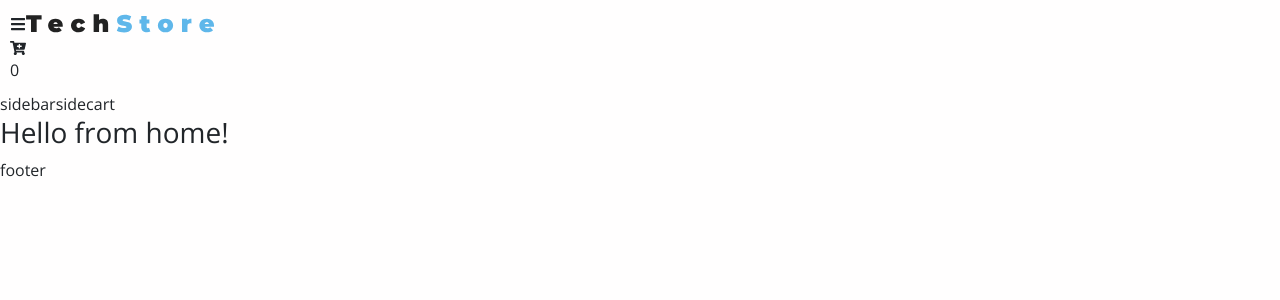
Repository: CaptainStorm21/react16-techstore
Page: /
The author's editor kept a copy of each file at every save. The page is drawn from the files as they stood at one save, then again after a run of saves.
The browser window is 1280 px wide. The pictures show the whole page.
Some web fonts or font styles are not loaded; a fallback is used. The project was rebuilt for these pictures with package versions that can differ from the ones it lists, and the page was loaded fresh each time. Also part of the build but not shown: src/pages/ContactPage.js, src/pages/ProductsPage.js, src/pages/AboutPage.js, src/pages/SingleProductPage.js, src/pages/DefaultPage.js, src/pages/CartPage.js.

Above is the page before, as saved 2020-05-08 15:35:43.

### public/index.html
<!DOCTYPE html>
<html lang="en">
  <head>
    <meta charset="utf-8" />
    <link rel="icon" href="%PUBLIC_URL%/favicon.ico" />
    <meta name="viewport" content="width=device-width, initial-scale=1" />
    <meta name="theme-color" content="#000000" />
    <meta
      name="description"
      content="Web site created using create-react-app"
    />
    <link rel="apple-touch-icon" href="%PUBLIC_URL%/logo192.png" />
    <!--
      manifest.json provides metadata used when your web app is installed on a
      user's mobile device or desktop. See https://developers.google.com/web/fundamentals/web-app-manifest/
    -->
    <link rel="manifest" href="%PUBLIC_URL%/manifest.json" />
    <!--
      Notice the use of %PUBLIC_URL% in the tags above.
      It will be replaced with the URL of the `public` folder during the build.
      Only files inside the `public` folder can be referenced from the HTML.

      Unlike "/favicon.ico" or "favicon.ico", "%PUBLIC_URL%/favicon.ico" will
      work correctly both with client-side routing and a non-root public URL.
      Learn how to configure a non-root public URL by running `npm run build`.
    -->
    <title>Tech Store</title>
  </head>
  <body>
    <noscript>You need to enable JavaScript to run this app.</noscript>
    <div id="root"></div>
    <!--
      This HTML file is a template.
      If you open it directly in the browser, you will see an empty page.

      You can add webfonts, meta tags, or analytics to this file.
      The build step will place the bundled scripts into the <body> tag.

      To begin the development, run `npm start` or `yarn start`.
      To create a production bundle, use `npm run build` or `yarn build`.
    -->
  </body>
</html>

### src/index.js
import React from "react";
import ReactDOM from "react-dom";
import "./index.css";
import App from "./App";
import * as serviceWorker from "./serviceWorker";

//Router setup
import { BrowserRouter as Router } from "react-router-dom";

//Import context
import { ProductProvider} from './context';

ReactDOM.render(
  <ProductProvider>
        <Router>
      <App />
    </Router>
  </ProductProvider>, document.getElementById("root")
);

// If you want your app to work offline and load faster, you can change
// unregister() to register() below. Note this comes with some pitfalls.
// Learn more about service workers: https://bit.ly/CRA-PWA
serviceWorker.unregister();

### src/App.js
import React from 'react';
import './App.css';
import  'bootstrap/dist/css/bootstrap.min.css';
// import styled from 'styled-components';

// //react icon
// import {FaHome} from 'react-icons/fa';

//import pages
import HomePage from './pages/HomePage';
import ContactPage from './pages/ContactPage';
import ProductsPage from './pages/ProductsPage';
import AboutPage from './pages/AboutPage';
import SingleProductPage from './pages/SingleProductPage';
import DefaultPage from './pages/DefaultPage';
import CartPage from './pages/CartPage';

//import routes
import { Route, Switch } from 'react-router-dom';

//import skeleton component
import Navbar from './components/Navbar';
import Footer from './components/Footer';
import Sidebar from './components/Sidebar';
import Sidecart from './components/Sidecart';

function App() {
  return (
    <>
      <Navbar />
      <Sidebar />
      <Sidecart />

      {/* navbar, sidebar, cart, footer */}
      <Switch>
        <Route path="/" exact component={HomePage} />
        <Route path="/about" component={AboutPage} />
        <Route path="/contact" component={ContactPage} />
        <Route path="/products" exact component={ProductsPage} />
        <Route path="/products/:id" component={SingleProductPage} />
        <Route path="/cart" component={CartPage} />
        <Route component={DefaultPage} />
      </Switch>
      <Footer />
    </>
  );
}


export default App;

### src/context/context.js
import React, { Component } from "react";
const ProductContext = React.createContext();

// Provider
// Consumer

class ProductProvider extends Component {
  state = {
    sidebarOpen: false,
    cartOpen: false,
    cartItems: 0
  };
  //handle sidebar
  handleSidebar = () => {
    this.setState({ sidebarOpen: !this.state.sidebarOpen });
  };
  //handle sidecart
  handleCart = () => {
    this.setState({ cartOpen: !this.state.cartOpen });
  };

  //close cart
  closeCart = () => {
    this.setState({ cartOpen: false });
  };

  //open cart
  openCart = () => {
    this.setState({ cartOpen: true });
  };

  render() {
    return (
      <ProductContext.Provider
        value={{
          // sidebarOpen: this.state.sidebarOpen,
          ...this.state,
          handleSidebar: this.handleSidebar,
          handleCart: this.handleCart,
          closeCart: this.closeCart,
          openCart: this.openCart,
        }}
      >
        {this.props.children}
      </ProductContext.Provider>
    );
  }
}

const ProductConsumer = ProductContext.Consumer;
export { ProductProvider, ProductConsumer };

### src/App.css
@import url("https://fonts.googleapis.com/css?family=Monda:400,700|Open+Sans:400,700|Raleway:400,700&display=swap");

/* font-family: 'Raleway', sans-serif;
font-family: 'Open Sans', sans-serif;
font-family: 'Monda', sans-serif;
*/

/* sass */
:root {
  --primaryColor: #0a74bb;
  --primaryRGBA: rgba(0, 0, 0, 0.3);
  --mainGrey: #fffefede !important;
  --darkGrey: #1a1110;
  --mainWhite: #fff;
  --mainBlack: #222;
  --mainTransition: all 0.3s ease-in-out;
  --mainSpacing: 0.3rem;
}

.text-title {
  font-family: "Monda", sans-serif;
  font-weight: bold;
  letter-spacing: var(--mainSpacing);
  text-transform: capitalize;
}

.text-main {
  color: var(--primaryColor);
}

body {
  font-family: "Open Sans", sans-serif !important;
  background-color: var(--mainGrey) !important;
  color: var(--mainBlack);
}

### src/pages/HomePage.js
import React from 'react'
import {ProductConsumer} from '../context';

export default function HomePage() {
    return (
      <>
        <ProductConsumer>
                {value => {
                    // console.log(value);
                    return <h3>Hello from home!</h3>
                }}
        </ProductConsumer>
      </>
    );
}

### src/components/Navbar.js
import React from 'react'
//icons
import { FaBars, FaCart, FaCartPlus } from "react-icons/fa";
import styled from 'styled-components';
import { ProductConsumer } from '../context';
//logo
import logo from '../images/logo.svg';

export default function Navbar() {
    return (
        <ProductConsumer>
            {value => {
                const { cartItems, handleSidebar, handleCart } = value;
                return <NavWrapper>
                    <div className="nav-center">
                        <FaBars className="nav-icon" onClick="handleSidebar" />
                        <img src={logo} alt="company logo" />
                        <div className="nav-cart">
                            <FaCartPlus className="nav-icon" onClick={handleCart} />
                            <div className="cart-items">{cartItems}</div>
                        </div>
                    </div>
                </NavWrapper>
            }}
        </ProductConsumer>
    )
}

const NavWrapper = styled.nav`
    position: -kit-sticky;
    position: sticky;
    top: 0;
    width: 100%;
    padding: 10px;

`

### src/components/Footer.js
import React from 'react'

export default function Footer() {
    return (
        <>
            footer
        </>
    )
}

### src/components/Sidebar.js
import React from 'react'

export default function Sidebar() {
    return (
        <>
            sidebar
        </>
    )
}

### src/components/Sidecart.js
import React from 'react'

export default function Sidecart() {
    return (
        <>
            sidecart
        </>
    )
}

Loaded but not shown: src/index.css (common file); src/serviceWorker.js (common file)

After the next 2 saves:
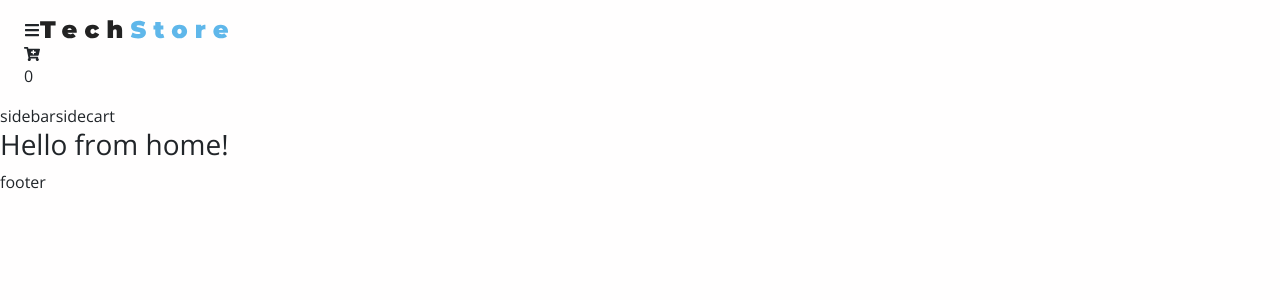
The 2 saves are shown as one change because they came seconds apart.
The last was saved 16 s later.
--- a/src/components/Navbar.js
+++ b/src/components/Navbar.js
@@ -31,6 +31,7 @@ const NavWrapper = styled.nav`
     position: sticky;
     top: 0;
     width: 100%;
-    padding: 10px;
+    padding: 1rem 1.5rem;
+
 
 `
